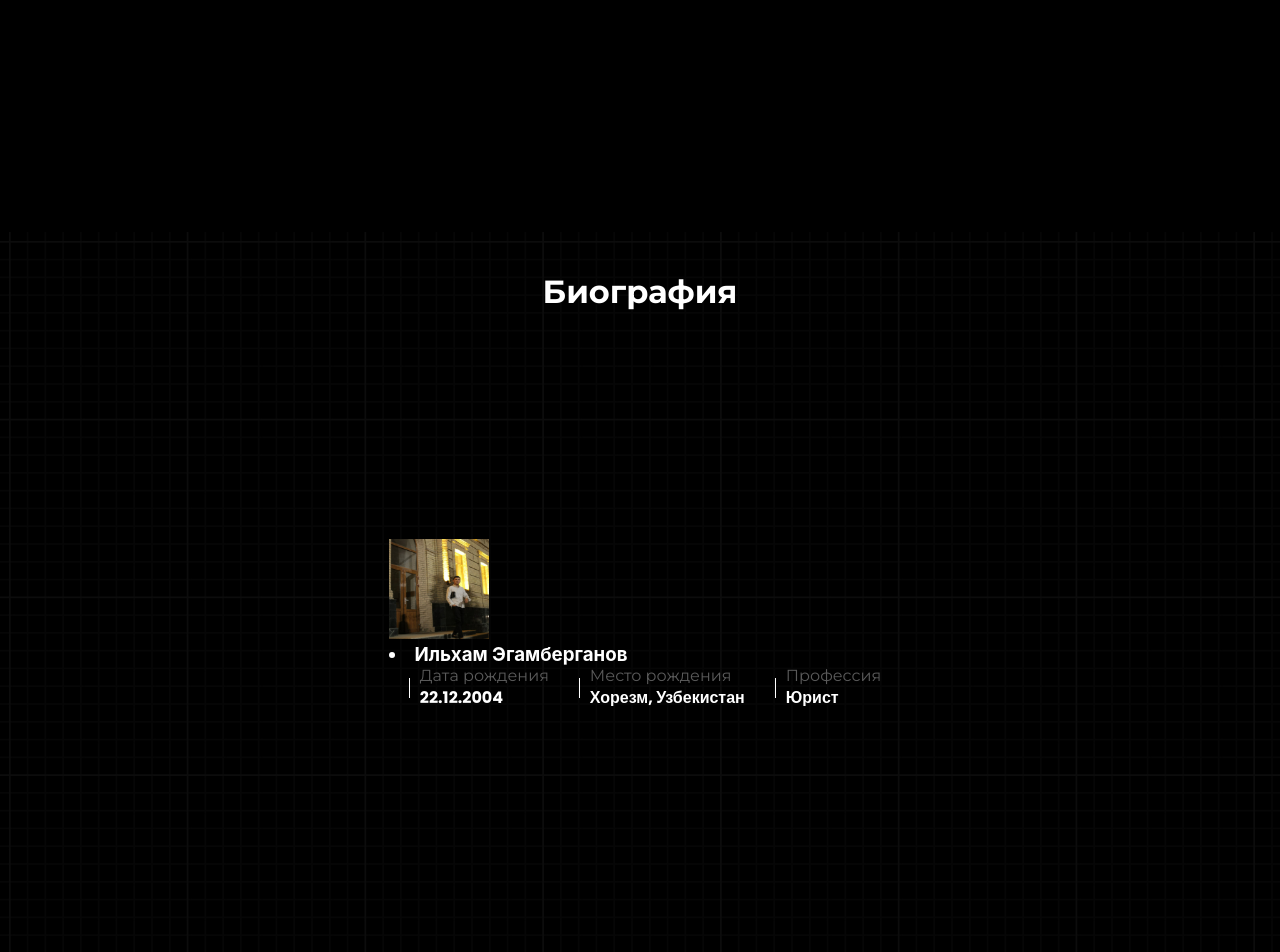
Repository: sardorexe/xishnik
Page: /
These files come from the project's save history. The page is drawn as it stood at one moment and after the next save; the edit follows.
The browser window is 1280 px wide. The pictures show the part of the page from y = 488 to 1440 px (the page is 1440 px tall).
Pictures or frames that could not be fetched are drawn as grey boxes. Some icons come from a web library that is not loaded, so they are not drawn. Some web libraries are served in a nearby version. The project was rebuilt for these pictures with package versions that can differ from the ones it lists, and the page was loaded fresh each time. Some packages were replaced by stand-ins written for this rebuild. The framework's server and built-in components were replaced by stand-ins that run in the browser. Also part of the build but not shown: next.config.js.

Above is the page before, as saved 2021-09-27 15:50:21.

### pages/_app.js
import "../styles/globals.css";
import Layout from "../comps/layout";
import Head from "next/head";

function MyApp({ Component, pageProps }) {
  return (
    <>
      <Head>
        <link
          rel="stylesheet"
          href="https://pro.fontawesome.com/releases/v5.10.0/css/all.css"
          integrity="sha384-AYmEC3Yw5cVb3ZcuHtOA93w35dYTsvhLPVnYs9eStHfGJvOvKxVfELGroGkvsg+p"
          crossorigin="anonymous"
        />
      </Head>
      <Layout>
        <Component {...pageProps} />
      </Layout>
    </>
  );
}

export default MyApp;

### pages/_document.js
import Document, { Html, Head, Main, NextScript } from "next/document";

class MyDocument extends Document {
  static async getInitialProps(ctx) {
    const initialProps = await Document.getInitialProps(ctx);
    return { ...initialProps };
  }

  render() {
    return (
      <Html lang="en">
        <Head />
        <body>
          <Main />
          <NextScript />
        </body>
      </Html>
    );
  }
}

export default MyDocument

### pages/index.js
import Head from "next/head";
import Biography from "../comps/Biography";
import Header from "../comps/Header";

export default function Home() {
  return (
    <>
      <Head>
        <title>Xishnik</title>
        <meta name="description" content="Xishnik gang bang" />
        <link rel="preconnect" href="https://fonts.googleapis.com" />
        <link rel="preconnect" href="https://fonts.gstatic.com" crossOrigin />
        <link
          href="https://fonts.googleapis.com/css2?family=Montserrat:wght@100;300;400;700&family=Poppins:wght@300;400;500;700&family=Quicksand:wght@700&display=swap"
          rel="stylesheet"
        />
      </Head>
      <Header />
      <Biography />
    </>
  );
}

### styles/globals.css
::-webkit-scrollbar {
  display: none;
}

html,
body {
  padding: 0;
  margin: 0;
  font-family: -apple-system, BlinkMacSystemFont, Segoe UI, Roboto, Oxygen,
    Ubuntu, Cantarell, Fira Sans, Droid Sans, Helvetica Neue, sans-serif;
  box-sizing: border-box;
}

h1,
h2,
h3,
h4,
h5,
h6,
p {
  margin: 0;
  padding: 0;
}

a {
  color: inherit;
  text-decoration: none;
}

* {
  box-sizing: border-box;
}

### comps/layout.js
import Indicator from "./Indicator";

export default function Layout({ children }) {
  return (
    <>
      <Indicator />
      {children}
    </>
  );
}

### comps/Biography.js
import styles from "../styles/Biography.module.css";
import Image from "next/image";
import AboutBox from "./miniComp/AboutBox";

export default function Biography() {
  return (
    <main className={styles.container}>
      <h1 className={styles.contentTitle}>Биография</h1>
      <div className={styles.parentContent}>
        <div className={styles.img}>
          <Image
            alt="xishnik, ilhom, xiwnik, hishnik, hiwnik, litsey, yurist, xorazm, gurlan"
            src="/biography.jpg"
            width={100}
            height={100}
          />
        </div>
        <div className={styles.content}>
          <h3>
            <li>Ильхaм Эгамберганов</li>
          </h3>
          <div className={styles.about}>
            <AboutBox
              icon="fal fa-calendar"
              title="Дата рождения"
              content="22.12.2004"
            />
            <AboutBox
              icon="fas fa-map-marker-alt"
              title="Место рождения"
              content="Хорезм, Узбекистан"
            />
            <AboutBox
              icon="fas fa-briefcase"
              title="Профессия"
              content="Юрист"
            />
          </div>
        </div>
      </div>
      <div className={styles.freeContent}></div>
    </main>
  );
}

### comps/Header.js
import styles from "../styles/Home.module.css";

export default function Header() {
  return (
    <>
      <header className={styles.header}>
        <div className={styles.background}>
          <video
            loop
            muted
            autoPlay
            style={{
              objectFit: "cover",
              height: "100%",
              width: "40%",
              opacity: "0.6",
            }}
            src="/background.mp4"
          ></video>
        </div>
        <div className={styles.content}>
          <div className={styles.textContent}>
            <h1>XISHNIK GANG</h1>
            <li> -- Я получу всё что хочу</li>
          </div>
        </div>
      </header>
    </>
  );
}

### comps/Indicator.js
import { useState, useEffect } from "react";

export default function Indicator() {
  const [width, setWidth] = useState(0);
  const watchScrolling = () => {
    let winScroll =
      document.body.scrollTop || document.documentElement.scrollTop;
    let height =
      document.documentElement.scrollHeight -
      document.documentElement.clientHeight;
    let scrolled = (winScroll / height) * 100;
    setWidth(scrolled);
  };

  useEffect(() => {
    window.onscroll = function () {
      watchScrolling();
    };
  }, [width]);

  return (
    <>
      <div className="indicator"></div>
      <style jsx>{`
        .indicator {
          position: fixed;
          top: 0;
          left: 0;
          width: ${width}%;
          height: 4px;
          background: #fff;
          z-index: 99999999;
        }
      `}</style>
    </>
  );
}

### styles/Biography.module.css
.container {
  height: 100vh;
  background: url(/background.jpg);
  background-size: cover;
  background-repeat: no-repeat;
  display: flex;
  flex-direction: column;
  justify-content: space-between;
  align-items: center;
  color: #fff;
}

.contentTitle {
  font-family: "Montserrat", sans-serif;
  font-weight: bold;
  margin-top: 40px;
}

.about {
  display: flex;
  flex-direction: row;
  align-items: center;
  justify-content: space-between;
  flex-wrap: wrap;
}

.freeContent {
  margin-top: 5px;
}

### comps/miniComp/AboutBox.js
export default function AboutBox({ icon, title, content }) {
  return (
    <>
      <div className="aboutBox">
        <div className="icon">
          <i className={icon}></i>
        </div>
        <div className="text">
          <p className="title">{title}</p>
          <p className="content">{content}</p>
        </div>
      </div>
      <style jsx>{`
        .aboutBox {
          display: flex;
          flex-direction: row;
          align-items: center;
          justify-content: center;
          margin: 0 10px 10px 0;
        }

        .icon {
          display: flex;
          align-items: center;
          justify-content: center;
          margin-right: 10px;
          padding: 10px;
          border-right: 1px solid #fff;
        }

        .title {
          font-family: "Montserrat", sans-serif;
          color: #5a5a5a;
        }

        .content {
          font-family: "Poppins", sans-serif;
          font-weight: bold;
        }

        .icon i {
          color: #fff;
        }
      `}</style>
    </>
  );
}

### styles/Home.module.css
.header {
  background-color: #000;
  height: 100vh;
  display: flex;
  justify-content: center;
  align-items: center;
}

.background {
  width: 80%;
  height: 100vh;
  position: absolute;
  top: 0;
  left: 0;
}

.content {
  margin-left: 80px;
  width: 60%;
  height: 100%;
  z-index: 9999;
  display: flex;
  justify-content: center;
  align-items: center;
  background: rgb(0, 0, 0);
}

.content h1 {
  font-family: 'Racing Sans One', cursive;
  font-size: 46px;
  margin: 0;
  font-weight: 700;
  z-index: 9999;
  color: #fff;
}

.content li {
  color: rgba(255, 255, 255, 0.527);
  font-family: 'Inter', sans-serif;
  font-weight: lighter;
}

After the next save:
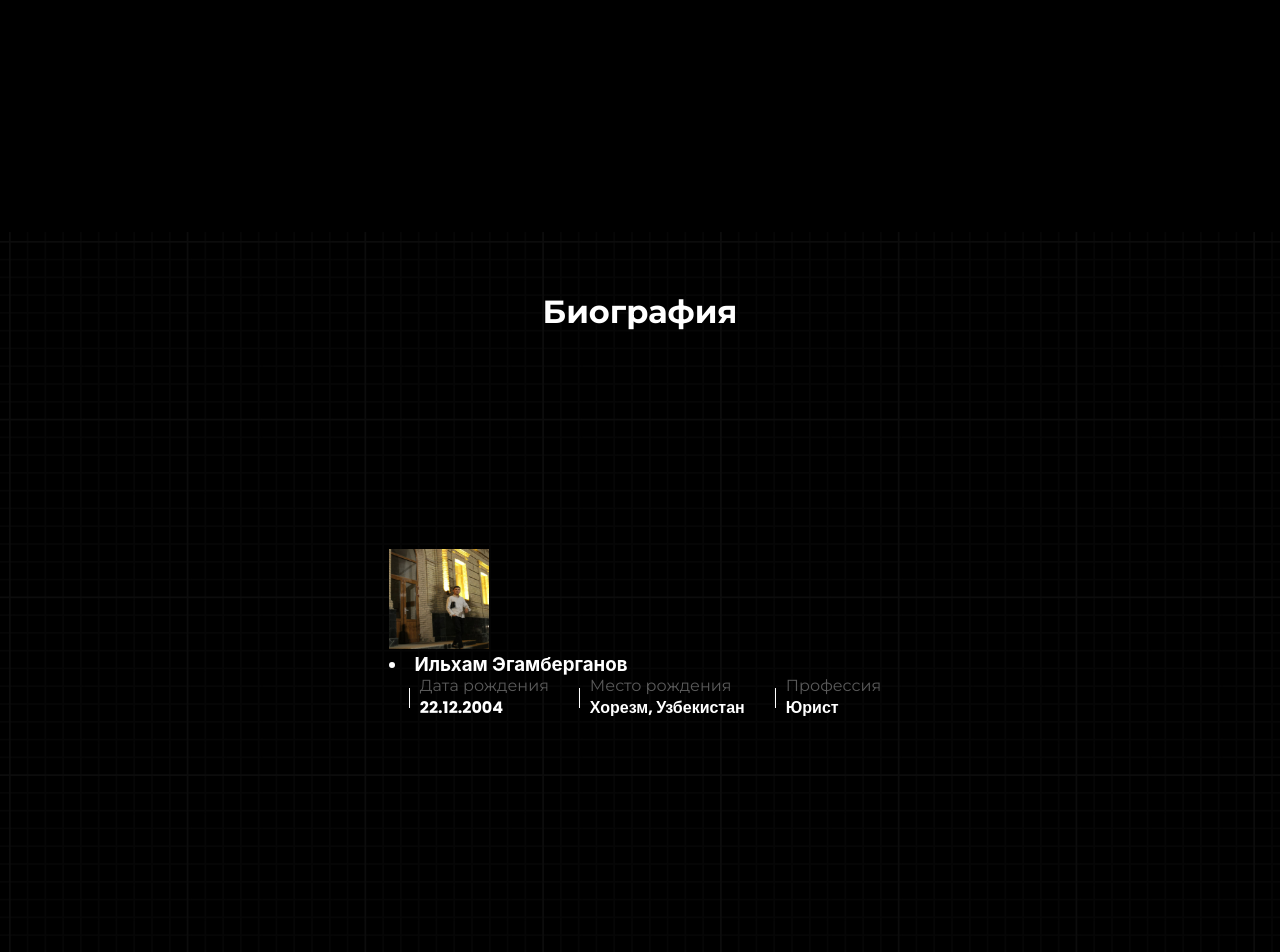
Saved 11 s later.
--- a/styles/Biography.module.css
+++ b/styles/Biography.module.css
@@ -13,7 +13,7 @@
 .contentTitle {
   font-family: "Montserrat", sans-serif;
   font-weight: bold;
-  margin-top: 40px;
+  margin-top: 60px;
 }
 
 .about {
